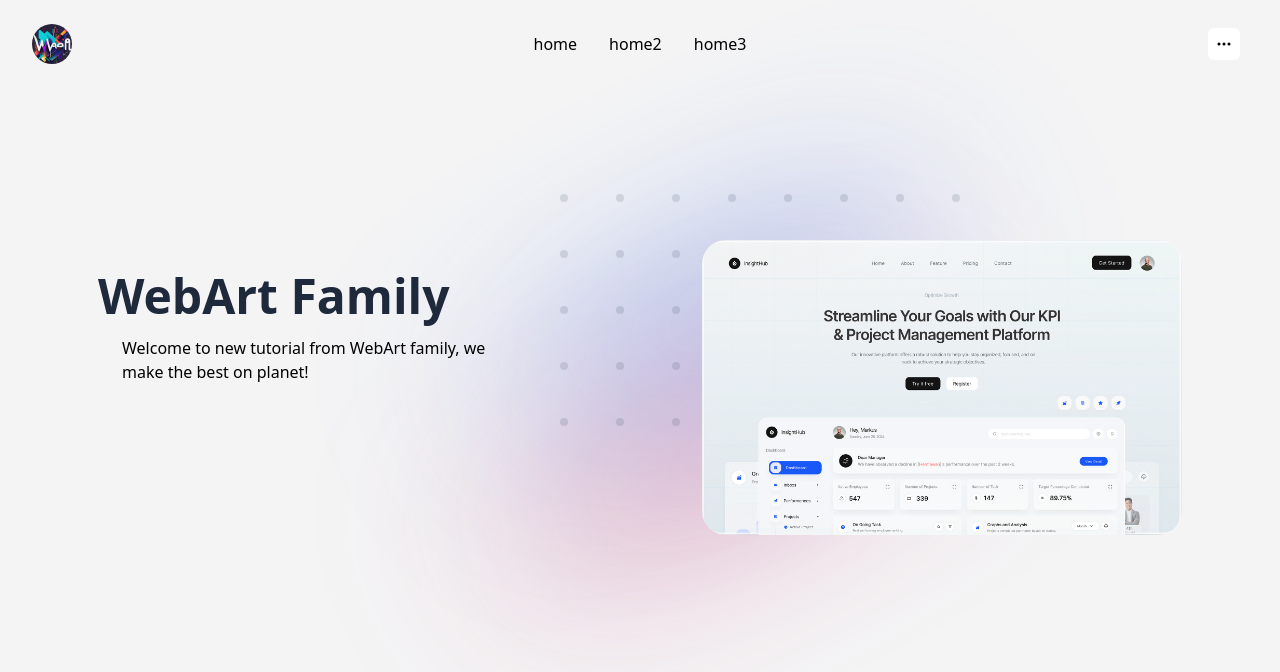
Repository: 30namp/youtube-web-art-code
Page: stunning landing page 1/index.html
The author's editor kept a copy of each file at every save. The page is drawn from the files as they stood at one save, then again after the next save.
The browser window is 1280 px wide. The pictures show the whole page.

Above is the page before, as saved 2024-09-26 21:11:11.

### stunning landing page 1/index.html
<!DOCTYPE html>
<html lang="en">
  <head>
    <meta charset="UTF-8" />
    <meta name="viewport" content="width=device-width, initial-scale=1.0" />
    <title>WebArt Design</title>
    <script src="./tailwindcss.min.js"></script>
  </head>
  <body class="min-h-screen bg-zinc-100">
    <div
      class="absolute right-[25%] top-[60%] h-12 w-[30rem] rounded-[100%] rotate-[-25deg] bg-pink-700 blur-[6rem]"
    ></div>
    <div
      class="absolute right-[25%] top-[40%] h-12 w-[30rem] rounded-[100%] rotate-[-25deg] bg-blue-700 blur-[6rem]"
    ></div>
    <div
      class="grid grid-cols-8 gap-12 absolute right-[25%] top-[27%] animate-pulse"
    >
      <div class="rounded-full bg-slate-700/30 size-2 shadow-lg"></div>
      <div class="rounded-full bg-slate-700/30 size-2 shadow-lg"></div>
      <div class="rounded-full bg-slate-700/30 size-2 shadow-lg"></div>
      <div class="rounded-full bg-slate-700/30 size-2 shadow-lg"></div>
      <div class="rounded-full bg-slate-700/30 size-2 shadow-lg"></div>
      <div class="rounded-full bg-slate-700/30 size-2 shadow-lg"></div>
      <div class="rounded-full bg-slate-700/30 size-2 shadow-lg"></div>
      <div class="rounded-full bg-slate-700/30 size-2 shadow-lg"></div>
      <div class="rounded-full bg-slate-700/30 size-2 shadow-lg"></div>
      <div class="rounded-full bg-slate-700/30 size-2 shadow-lg"></div>
      <div class="rounded-full bg-slate-700/30 size-2 shadow-lg"></div>
      <div class="rounded-full bg-slate-700/30 size-2 shadow-lg"></div>
      <div class="rounded-full bg-slate-700/30 size-2 shadow-lg"></div>
      <div class="rounded-full bg-slate-700/30 size-2 shadow-lg"></div>
      <div class="rounded-full bg-slate-700/30 size-2 shadow-lg"></div>
      <div class="rounded-full bg-slate-700/30 size-2 shadow-lg"></div>
      <div class="rounded-full bg-slate-700/30 size-2 shadow-lg"></div>
      <div class="rounded-full bg-slate-700/30 size-2 shadow-lg"></div>
      <div class="rounded-full bg-slate-700/30 size-2 shadow-lg"></div>
      <div class="rounded-full bg-slate-700/30 size-2 shadow-lg"></div>
      <div class="rounded-full bg-slate-700/30 size-2 shadow-lg"></div>
      <div class="rounded-full bg-slate-700/30 size-2 shadow-lg"></div>
      <div class="rounded-full bg-slate-700/30 size-2 shadow-lg"></div>
      <div class="rounded-full bg-slate-700/30 size-2 shadow-lg"></div>
      <div class="rounded-full bg-slate-700/30 size-2 shadow-lg"></div>
      <div class="rounded-full bg-slate-700/30 size-2 shadow-lg"></div>
      <div class="rounded-full bg-slate-700/30 size-2 shadow-lg"></div>
      <div class="rounded-full bg-slate-700/30 size-2 shadow-lg"></div>
      <div class="rounded-full bg-slate-700/30 size-2 shadow-lg"></div>
      <div class="rounded-full bg-slate-700/30 size-2 shadow-lg"></div>
      <div class="rounded-full bg-slate-700/30 size-2 shadow-lg"></div>
      <div class="rounded-full bg-slate-700/30 size-2 shadow-lg"></div>
      <div class="rounded-full bg-slate-700/30 size-2 shadow-lg"></div>
      <div class="rounded-full bg-slate-700/30 size-2 shadow-lg"></div>
      <div class="rounded-full bg-slate-700/30 size-2 shadow-lg"></div>
      <div class="rounded-full bg-slate-700/30 size-2 shadow-lg"></div>
      <div class="rounded-full bg-slate-700/30 size-2 shadow-lg"></div>
      <div class="rounded-full bg-slate-700/30 size-2 shadow-lg"></div>
      <div class="rounded-full bg-slate-700/30 size-2 shadow-lg"></div>
      <div class="rounded-full bg-slate-700/30 size-2 shadow-lg"></div>
    </div>

    <!-- navbar -->
    <nav
      class="absolute top-0 left-0 right-0 flex justify-center items-center py-8 px-8"
    >
      <a href="/" class="absolute left-0 px-8">
        <img class="size-10 rounded-full" src="./assets/img/logo.jpg" alt="" />
      </a>

      <div class="options flex items-center gap-8">
        <a href="#">home</a>
        <a href="#">home2</a>
        <a href="#">home3</a>
      </div>

      <button class="absolute p-2 bg-white rounded-md right-0 mx-10">
        <svg
          xmlns="http://www.w3.org/2000/svg"
          width="16"
          height="16"
          fill="currentColor"
          class="bi bi-three-dots"
          viewBox="0 0 16 16"
        >
          <path
            d="M3 9.5a1.5 1.5 0 1 1 0-3 1.5 1.5 0 0 1 0 3m5 0a1.5 1.5 0 1 1 0-3 1.5 1.5 0 0 1 0 3m5 0a1.5 1.5 0 1 1 0-3 1.5 1.5 0 0 1 0 3"
          />
        </svg>
      </button>
    </nav>

    <!-- hero section -->
    <div class="hero-section relative pt-60 flex justify-around items-start">
      <div class="content flex flex-col gap-4 pt-8">
        <h1 class="text-5xl font-bold text-slate-800">WebArt Family</h1>
        <div class="description ml-6 w-96">
          Welcome to new tutorial from WebArt family, we make the best on
          planet!
        </div>
      </div>
      <img class="w-[30rem] rounded-3xl" src="./assets/img/img.png" alt="" />
    </div>
  </body>
</html>

Loaded but not shown: stunning landing page 1/tailwindcss.min.js (library)

After the next save:
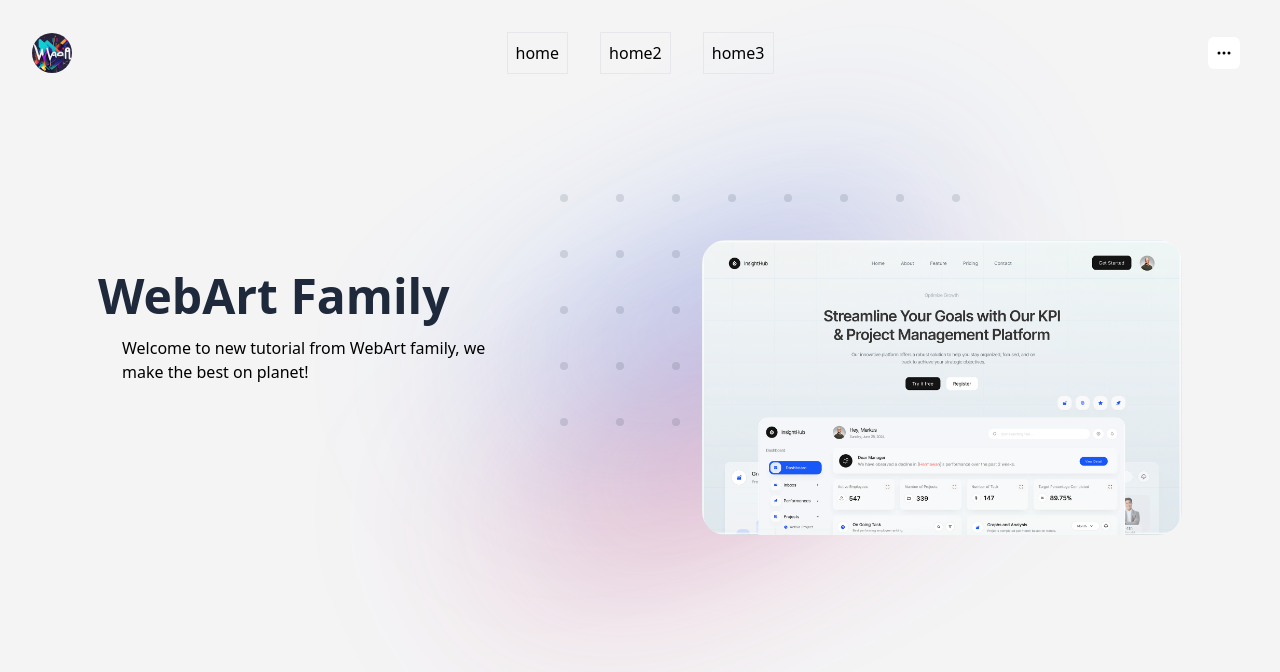
Saved 29 s later.
--- a/stunning landing page 1/index.html
+++ b/stunning landing page 1/index.html
@@ -67,9 +67,9 @@
       </a>
 
       <div class="options flex items-center gap-8">
-        <a href="#">home</a>
-        <a href="#">home2</a>
-        <a href="#">home3</a>
+        <a class="border p-2" href="#">home</a>
+        <a class="border p-2" href="#">home2</a>
+        <a class="border p-2" href="#">home3</a>
       </div>
 
       <button class="absolute p-2 bg-white rounded-md right-0 mx-10">
